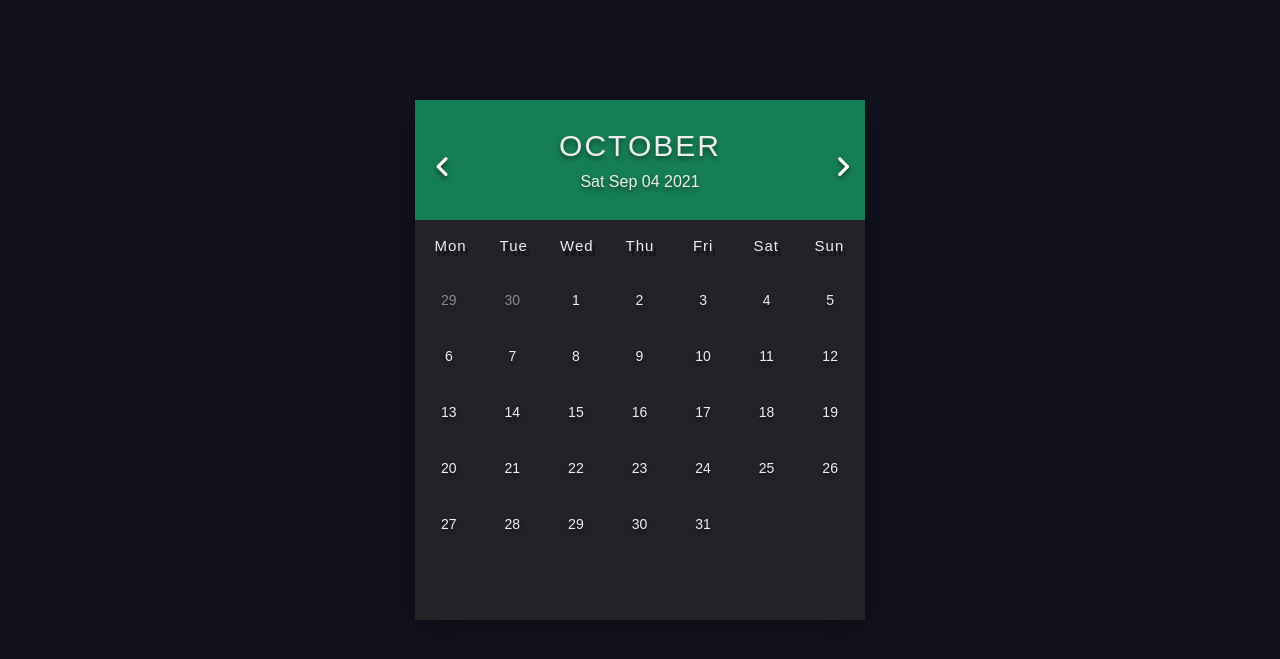
Repository: dboinska/calendar
Page: index.html
The author's editor kept a copy of each file at every save. The page is drawn from the files as they stood at one save, then again after the next save.
The browser window is 1280 px wide. The pictures show the whole page.
After loading, the first visible `i.fa-angle-right` was clicked once.
Some web libraries are served in a nearby version.

Above is the page before, as saved 2021-09-06 12:57:06.

After the next save:
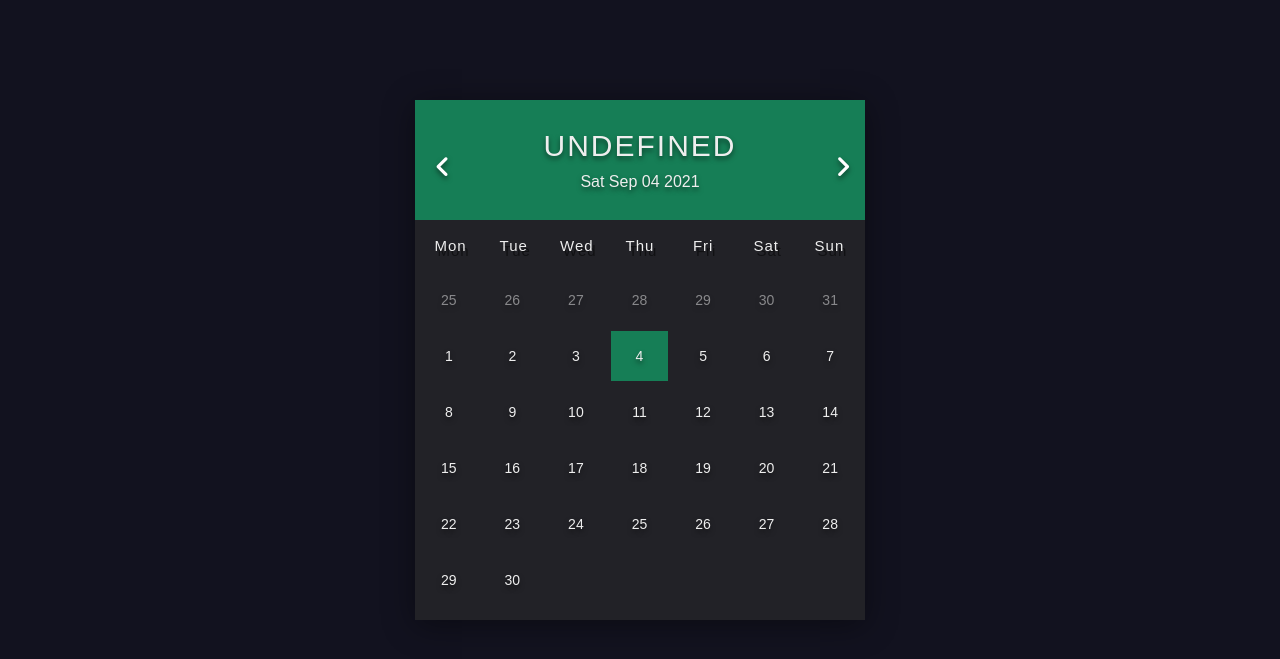
Saved 16 s later.
--- a/script.js
+++ b/script.js
@@ -76,7 +76,7 @@
 
 document.querySelector(".next").addEventListener("click", () => {
   date.setMonth(date.getMonth() + 1);
-  console.log(date.setMonth);
+  console.log(date.setMonth());
   renderCalendar();
 });
 

After the 2 saves that followed:
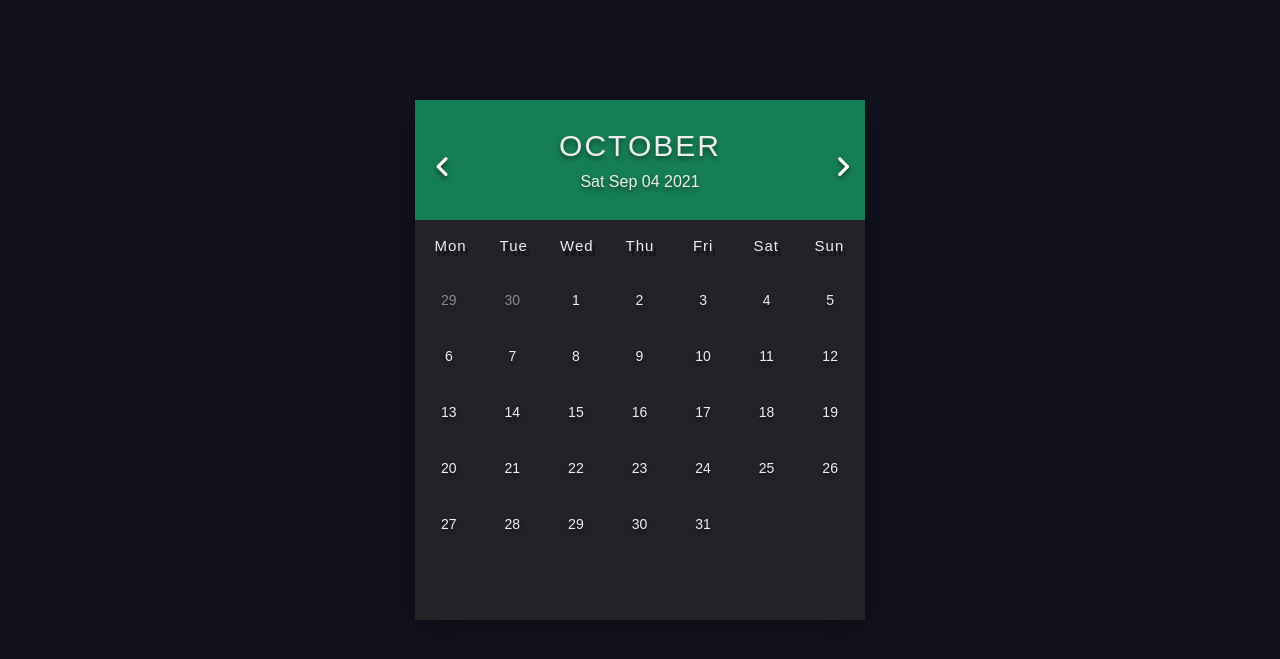
The 2 saves are shown as one change because 1 left the picture as it was.
The last was saved 75 s later.
--- a/script.js
+++ b/script.js
@@ -76,7 +76,7 @@
 
 document.querySelector(".next").addEventListener("click", () => {
   date.setMonth(date.getMonth() + 1);
-  console.log(date.setMonth());
+  console.log("month", date.getMonth());
   renderCalendar();
 });
 
